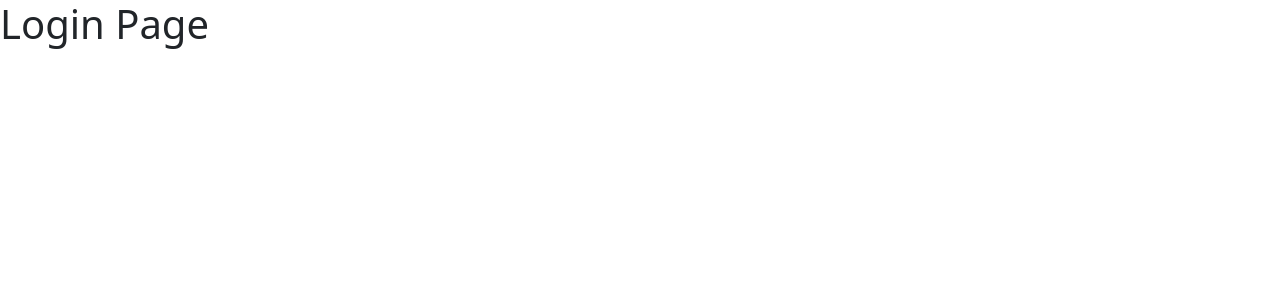
Repository: becoderpavy/servlet_tutorials
Page: 3_RequestDispatch_Example/src/main/webapp/login.html
The author's editor kept a copy of each file at every save. The page is drawn from the files as they stood at one save, then again after the next save.
The browser window is 1280 px wide. The pictures show the whole page.

Above is the page before, as saved 2023-06-09 16:39:46.

After the next save:
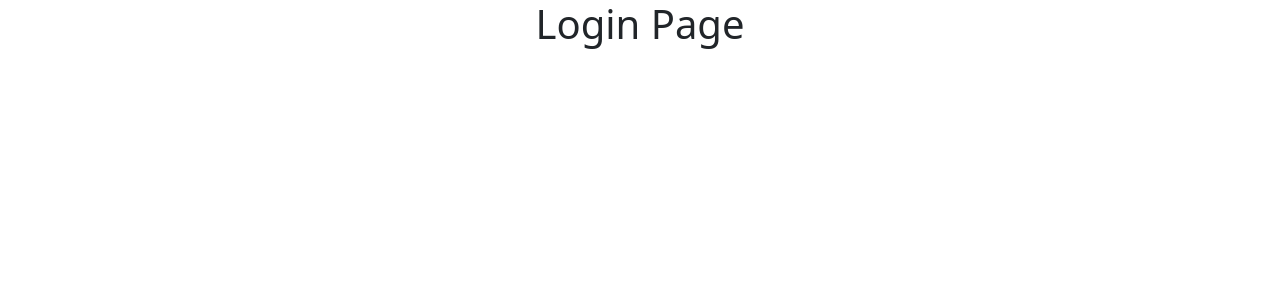
Saved 9 s later.
--- a/3_RequestDispatch_Example/src/main/webapp/login.html
+++ b/3_RequestDispatch_Example/src/main/webapp/login.html
@@ -10,6 +10,6 @@
 	crossorigin="anonymous">
 </head>
 <body>
-	<h1>Login Page</h1>
+	<h1 class="text-center">Login Page</h1>
 </body>
 </html>
